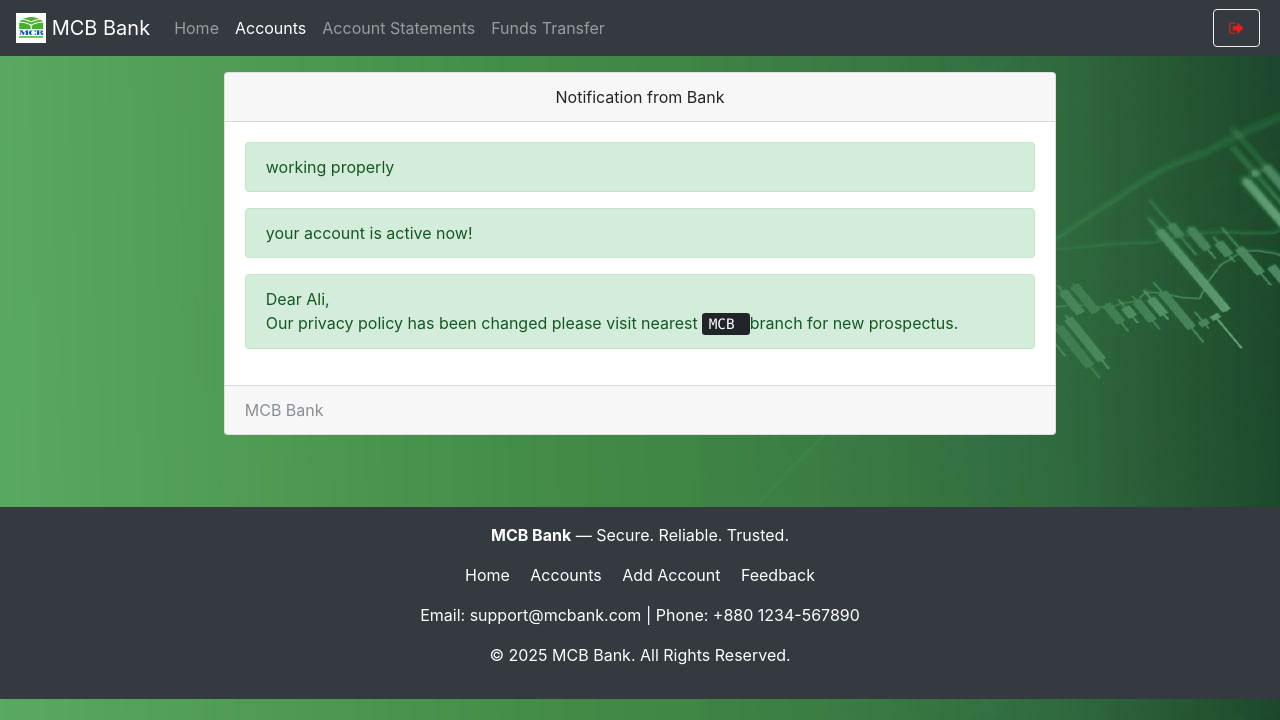
Repository: mhbshimla/my-bank
Page: http://localhost/notice.php
The author's editor kept a copy of each file at every save. The page is drawn from the files as they stood at one save, then again after the next save.
The browser window is 1280 px wide. The pictures show the whole page.
The page is run by PHP 8.4 with error messages shown; the project is at /var/www/html/. The session is filled in as if someone had signed in: {"userId": 2, "user": {"id": 2, "email": "some2@gmail.com", "name": "Ali khan", "balance": 56000, "nid": "3210375555343", "number": "03356910260", "city": "Islamabad", "address": "Some where in isb", "source": "Programmer", "accountNo": 10054777, "branch": 1, "accountType": "Saving", "date": "2017-12-14 04:50:06"}, "cashId": 2, "managerId": 2}. Other server files are loaded and not shown. The database holds what the project's SQL file puts in it.

Above is the page before, as saved 2025-10-13 21:24:14.

### notice.php
<?php
session_start();
if(!isset($_SESSION['userId'])){ header('location:login.php');}
?>
<!DOCTYPE html>
<html>
<head>
  <title>Banking</title>
  <?php require 'assets/autoloader.php'; ?>
  <?php require 'assets/db.php'; ?>
  <?php require 'assets/function.php'; ?>
</head>
<!-- <body style="background: url('images/mdashboard-bg.jpg') no-repeat center center; background-size: cover;"> -->
    <body class="min-h-screen bg-cover bg-center bg-no-repeat" style="background-image: url('images/mdashboard-bg.jpg');">
<nav class="navbar navbar-expand-lg navbar-dark bg-dark fixed-top">
 <a class="navbar-brand" href="#">
    <img src="images/logo.png" width="30" height="30" class="d-inline-block align-top" alt="">
   <!--  <i class="d-inline-block  fa fa-building fa-fw"></i> --><?php echo bankName; ?>
  </a>
  <button class="navbar-toggler" type="button" data-toggle="collapse" data-target="#navbarSupportedContent" aria-controls="navbarSupportedContent" aria-expanded="false" aria-label="Toggle navigation">
    <span class="navbar-toggler-icon"></span>
  </button>

  <div class="collapse navbar-collapse" id="navbarSupportedContent">
    <ul class="navbar-nav mr-auto">
      <li class="nav-item ">
        <a class="nav-link " href="index.php">Home <span class="sr-only">(current)</span></a>
      </li>
      <li class="nav-item active ">  <a class="nav-link" href="accounts.php">Accounts</a></li>
      <li class="nav-item ">  <a class="nav-link" href="statements.php">Account Statements</a></li>
      <li class="nav-item ">  <a class="nav-link" href="transfer.php">Funds Transfer</a></li>
      <!-- <li class="nav-item ">  <a class="nav-link" href="profile.php">Profile</a></li> -->


    </ul>
    <?php include 'sideButton.php'; ?>

  </div>
</nav><br><br><br>
<div class="container">
  <div class="card  w-75 mx-auto">
  <div class="card-header text-center">
    Notification from Bank
  </div>
  <div class="card-body">
    <?php
      $array = $con->query("select * from notice where userId = '$_SESSION[userId]' order by date desc");
      if ($array->num_rows > 0)
      {
        while ($row = $array->fetch_assoc())
        {
          echo "<div class='alert alert-success'>$row[notice]</div>";
        }
      }
      else
        echo "<div class='alert alert-info'>Notice box empty</div>";
     ?>
  </div>
  <div class="card-footer text-muted">
   <?php echo bankName ?>
  </div>
</div>
</div> <br> <br> <br>

<footer class="bg-dark text-white text-center py-3 mt-auto">
  <div class="container">
    <p><strong>MCB Bank</strong> — Secure. Reliable. Trusted.</p>
    <p>
      <a href="mindex.php" class="text-white mx-2">Home</a>
      <a href="maccounts.php" class="text-white mx-2">Accounts</a>
      <a href="maddnew.php" class="text-white mx-2">Add Account</a>
      <a href="mfeedback.php" class="text-white mx-2">Feedback</a>
    </p>
    <p>Email: support@mcbank.com | Phone: +880 1234-567890</p>
    <p>&copy; <?php echo date("Y"); ?> MCB Bank. All Rights Reserved.</p>
  </div>
</footer>
</body>
</html>

### assets/autoloader.php

<link rel="stylesheet" type="text/css" href="css/bootstrap.min.css">
<link rel="stylesheet" type="text/css" href="css/custom.css">
<link rel="stylesheet" type="text/css" href="font-awesome/css/font-awesome.min.css">
<script src='js/jquery-3.2.1.min.js'></script>
<script src='js/popper.min.js'></script>
<script src='js/bootstrap.min.js'></script>

### assets/db.php
<?php
if (session_status() === PHP_SESSION_NONE) {
    session_start();
}

// ✅ Auto-switch between localhost and InfinityFree
if (in_array($_SERVER['SERVER_NAME'], ['localhost', '127.0.0.1'])) {
    // Localhost (XAMPP/WAMP)
    $con = new mysqli('localhost', 'root', '', 'mybank');
} else {
    // InfinityFree (Live Hosting)
    $con = new mysqli('sql100.infinityfree.com', 'if0_40476525', 'banK12345', 'if0_40476525_mybank');
}

// ✅ Connection check
if ($con->connect_error) {
    die("Database connection failed: " . $con->connect_error);
}

// ✅ Bank name constant
define('bankName', 'MCB Bank');

// ✅ Fetch user data safely if logged in
$userData = null;
if (isset($_SESSION['userId'])) {
    $stmt = $con->prepare("
        SELECT *
        FROM userAccounts
        JOIN branch ON userAccounts.branch = branch.branchId
        WHERE userAccounts.id = ?
    ");
    if ($stmt) {
        $stmt->bind_param("i", $_SESSION['userId']);
        $stmt->execute();
        $result   = $stmt->get_result();
        $userData = $result->fetch_assoc();
        $stmt->close();
    }
}
?>
<!-- Tooltip initialization -->
<script type="text/javascript">
$(function () {
  $('[data-toggle="tooltip"]').tooltip();
});
</script>

### assets/function.php
<?php
function setBalance($amount,$process,$accountNo)
{
	$con = new mysqli('localhost','root','','mybank');
	$array = $con->query("select * from userAccounts where accountNo='$accountNo'");
	$row = $array->fetch_assoc();
	if ($process == 'credit')
	{
		$balance = $row['balance'] + $amount;
		return $con->query("update userAccounts set balance = '$balance' where accountNo = '$accountNo'");
	}else
	{
		$balance = $row['balance'] - $amount;
		return $con->query("update userAccounts set balance = '$balance' where accountNo = '$accountNo'");
	}
}
function setOtherBalance($amount,$process,$accountNo)
{
	$con = new mysqli('localhost','root','','mybank');
	$array = $con->query("select * from otheraccounts where accountNo='$accountNo'");
	$row = $array->fetch_assoc();
	if ($process == 'credit')
	{
		$balance = $row['balance'] + $amount;
		return $con->query("update otheraccounts set balance = '$balance' where accountNo = '$accountNo'");
	}else
	{
		$balance = $row['balance'] - $amount;
		return $con->query("update otheraccounts set balance = '$balance' where accountNo = '$accountNo'");
	}
}
function makeTransaction($action,$amount,$other)
{
	$con = new mysqli('localhost','root','','mybank');
	if ($action == 'transfer')
	{
		return $con->query("insert into transaction (action,debit,other,userId) values ('transfer','$amount','$other','$_SESSION[userId]')");
	}
	if ($action == 'withdraw')
	{
		return $con->query("insert into transaction (action,debit,other,userId) values ('withdraw','$amount','$other','$_SESSION[userId]')");

	}
	if ($action == 'deposit')
	{
		return $con->query("insert into transaction (action,credit,other,userId) values ('deposit','$amount','$other','$_SESSION[userId]')");

	}
}
function makeTransactionCashier($action,$amount,$other,$userId)
{
	$con = new mysqli('localhost','root','','mybank');
	if ($action == 'transfer')
	{
		return $con->query("insert into transaction (action,debit,other,userId) values ('transfer','$amount','$other','$userId')");
	}
	if ($action == 'withdraw')
	{
		return $con->query("insert into transaction (action,debit,other,userId) values ('withdraw','$amount','$other','$userId')");

	}
	if ($action == 'deposit')
	{
		return $con->query("insert into transaction (action,credit,other,userId) values ('deposit','$amount','$other','$userId')");

	}
}
 ?>

### sideButton.php
<form class="form-inline my-2 my-lg-0">
        <!-- <a href="" class="btn btn-outline-success" data-toggle="tooltip" title="Your current Account Balance">Acount Balance : Rs.<?php echo $userData['balance']; ?></a>
        <a href="accounts.php" data-toggle="tooltip" title="Account Summary" class="btn btn-outline-primary mx-1" ><i class="fa fa-book fa-fw"></i></a>
        <a href="notice.php" data-toggle="tooltip" title="View Notice" class="btn btn-outline-primary mx-1" ><i class="fa fa-envelope fa-fw"></i></a>
        <a href="feedback.php" data-toggle="tooltip" title="Help?" class="btn btn-outline-info mx-1" ><i class="fa fa-question fa-fw"></i></a>-->
        <a href="logout.php" data-toggle="tooltip" title="Logout" class="btn btn-outline-danger mx-1" ><i class="fa fa-sign-out fa-fw"></i></a>
        <style>
.btn-outline-danger {
  color: #e91d1dff;
  border-color: #f6efefff;
  transition: all 0.3s ease;
}

.btn-outline-danger:hover {
  background-color: #e91d1dff;
  color: white;
  box-shadow: 0 0 10px rgba(96, 105, 26, 0.6);
}
</style>

</form>

### css/custom.css
.omit1{background: rgba(0,0,0,0.1);}
.omit2{background: rgba(0,0,0,0.2);}
.omit3{background: rgba(0,0,0,0.3);}
.omit4{background: rgba(0,0,0,0.4);}
.omit5{background: rgba(0,0,0,0.5);}
.omit6{background: rgba(0,0,0,0.6);}
.omit7{background: rgba(0,0,0,0.7);}
.omit8{background: rgba(0,0,0,0.8);}
.omit9{background: rgba(0,0,0,0.9);}

.shadowBlack{box-shadow: 2px 2px 11px black}
.shadowGreen{box-shadow: 2px 2px 11px green}
.shadowBlue{box-shadow: 2px 2px 11px blue}
.shadowWhite{box-shadow: 2px 2px 11px white}

### Database/mybank (1).sql (the tables this page reads)
CREATE TABLE `branch` (
  `branchId` int(11) NOT NULL,
  `branchNo` varchar(111) NOT NULL,
  `branchName` varchar(111) NOT NULL
) ENGINE=InnoDB DEFAULT CHARSET=latin1 COLLATE=latin1_swedish_ci;

INSERT INTO `branch` (`branchId`, `branchNo`, `branchName`) VALUES
(1, '100101', 'Dhaka'),
(2, '100102', 'Sylhet');

ALTER TABLE `branch`
  ADD PRIMARY KEY (`branchId`);

ALTER TABLE `branch`
  MODIFY `branchId` int(11) NOT NULL AUTO_INCREMENT, AUTO_INCREMENT=3;

CREATE TABLE `notice` (
  `id` int(11) NOT NULL,
  `userId` varchar(111) NOT NULL,
  `notice` text NOT NULL,
  `date` timestamp NOT NULL DEFAULT current_timestamp()
) ENGINE=InnoDB DEFAULT CHARSET=latin1 COLLATE=latin1_swedish_ci;

INSERT INTO `notice` (`id`, `userId`, `notice`, `date`) VALUES
(1, '1', 'Dear Customer! <br> OUr privacy policy is changed for account information get new prospectus from your nearest branch', '2017-12-14 13:11:46'),
(6, '2', 'Dear Ali,<br>\r\nOur privacy policy has been changed please visit nearest <kbd> MCB </kbd> branch for new prospectus.', '2017-12-16 06:29:23'),
(7, '8', 'you account created successfully!', '2025-08-17 15:57:42'),
(8, '9', 'your account created successfully!', '2025-08-17 16:00:32'),
(9, '6', 'hey your account in safe!', '2025-10-13 14:19:19'),
(10, '11', 'your account has been created successfully!', '2025-10-13 14:25:32'),
(11, '12', 'thanks for your patience', '2025-10-14 04:37:35'),
(12, '2', 'your account is active now!', '2025-10-19 07:40:42'),
(13, '10', 'can you get my message', '2025-10-27 17:14:26'),
(14, '2', 'working properly', '2025-10-27 17:15:58'),
(15, '13', 'Your account has been created successfully! Thanks for your patience. Wish you a happy and safe banking!', '2025-11-08 14:30:00'),
(16, '13', 'Happy Banking!', '2025-11-17 14:48:58');

ALTER TABLE `notice`
  ADD PRIMARY KEY (`id`);

ALTER TABLE `notice`
  MODIFY `id` int(11) NOT NULL AUTO_INCREMENT, AUTO_INCREMENT=17;

CREATE TABLE `useraccounts` (
  `id` int(11) NOT NULL,
  `email` text NOT NULL,
  `password` text NOT NULL,
  `name` varchar(111) NOT NULL,
  `balance` varchar(111) NOT NULL,
  `nid` varchar(111) NOT NULL,
  `number` varchar(111) NOT NULL,
  `city` varchar(111) NOT NULL,
  `address` varchar(111) NOT NULL,
  `source` varchar(111) NOT NULL,
  `accountNo` varchar(111) NOT NULL,
  `branch` varchar(111) NOT NULL,
  `accountType` varchar(111) NOT NULL,
  `date` timestamp NOT NULL DEFAULT current_timestamp()
) ENGINE=InnoDB DEFAULT CHARSET=latin1 COLLATE=latin1_swedish_ci;

INSERT INTO `useraccounts` (`id`, `email`, `password`, `name`, `balance`, `nid`, `number`, `city`, `address`, `source`, `accountNo`, `branch`, `accountType`, `date`) VALUES
(2, 'some2@gmail.com', 'some2', 'Ali khan', '56000', '3210375555343', '03356910260', 'Islamabad', 'Some where in isb', 'Programmer', '10054777', '1', 'Saving', '2017-12-14 04:50:06'),
(6, 'realx4rd@gmail.com', 'afsdfasd', 'Fayyaz Khan', '234234', '3240338834902', '03356910260', 'Taunsa', 'Dera Ghazi Khan', 'Govt. job', '1513410739', '1', 'saving', '2017-12-16 07:52:40'),
(7, 'realx4rd@gmail.com', 'safsadf', 'Fayyaz Khan', '12121', '3240338834902', '03356910260', 'Taunsa', 'Dera Ghazi Khan', 'Govt. job', '1513410837', '1', 'current', '2017-12-16 07:54:18'),
(8, 'uracc@gmail.com', 'uracc', 'uracc', '500', '1', '01890040951', 'sylhet', 'south surma,sylhet', 'business', '1755446085', '1', 'current', '2025-08-17 15:56:42'),
(10, 'sjahan@gmail.com', 'sjahan', 'shuborna', '9993565', '1', '01562536474', 'dhaka', 'north south surma', 'business', '1757345500', '2', 'saving', '2025-09-08 15:35:00'),
(11, 'ayana10@gmail.com', 'ayana10', 'Ayana Hussain', '13000000', '205364253', '01853462422', 'sylhet', 'south surma,sylhet', 'business', '1760365343', '2', 'saving', '2025-10-13 14:24:20'),
(12, 'shimla09@gmail.com', 'shimla09', 'shimla', '14390244', '4235345666', '01853524345', 'sylhet', 'south surma,sylhet', 'job', '1760416459', '1', 'current', '2025-10-14 04:36:47'),
(13, 'arib05@gmail.com', 'arib05', 'arib', '2476544', '1234414302', '01804414302', 'Sylhet', 'South Surma, Sylhet-3100', 'business', '1762611572', '2', 'saving', '2025-11-08 14:22:38');

ALTER TABLE `useraccounts`
  ADD PRIMARY KEY (`id`);

ALTER TABLE `useraccounts`
  MODIFY `id` int(11) NOT NULL AUTO_INCREMENT, AUTO_INCREMENT=14;

Loaded but not shown: css/bootstrap.min.css (library); font-awesome/css/font-awesome.min.css (library); js/jquery-3.2.1.min.js (library); js/popper.min.js (library); js/bootstrap.min.js (library)

After the next save:
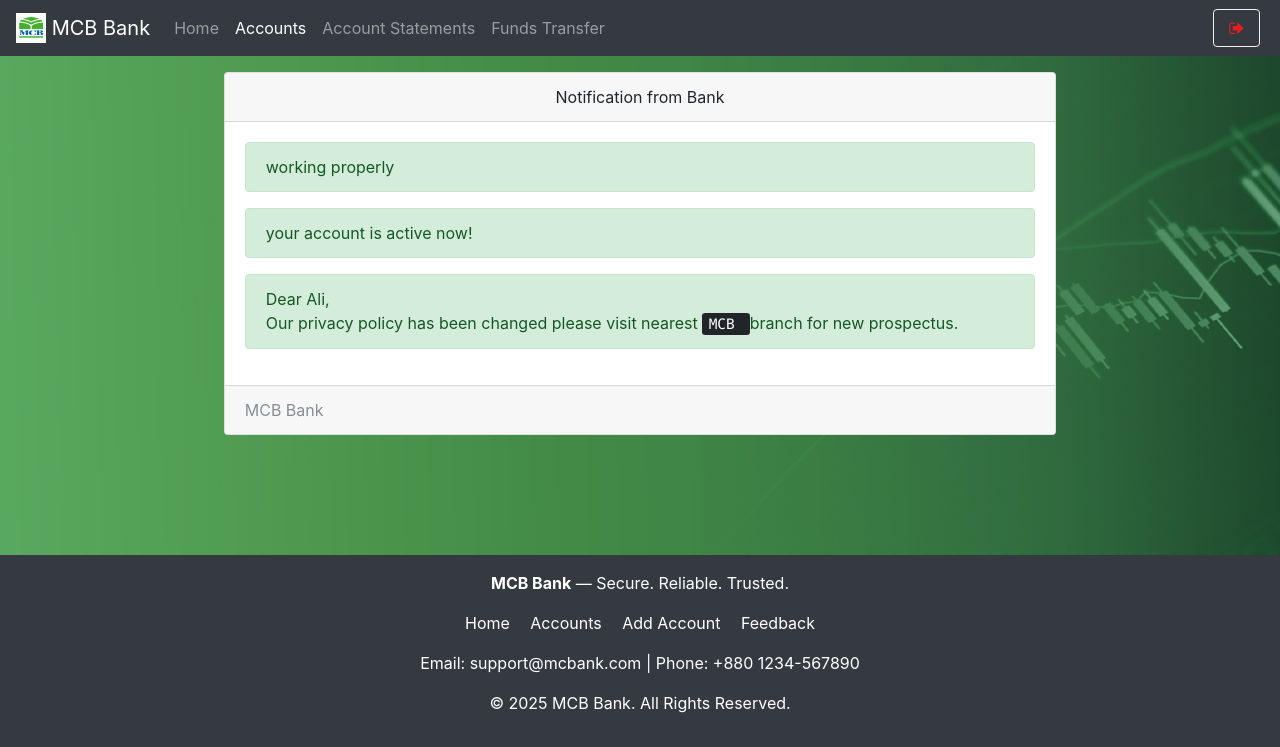
Saved 33 s later.
--- a/notice.php
+++ b/notice.php
@@ -62,7 +62,7 @@
 </div>
 </div> <br> <br> <br>
 
-<footer class="bg-dark text-white text-center py-3 mt-auto">
+<footer class="bg-dark text-white text-center py-3 mt-5 mb-0">
   <div class="container">
     <p><strong>MCB Bank</strong> — Secure. Reliable. Trusted.</p>
     <p>
